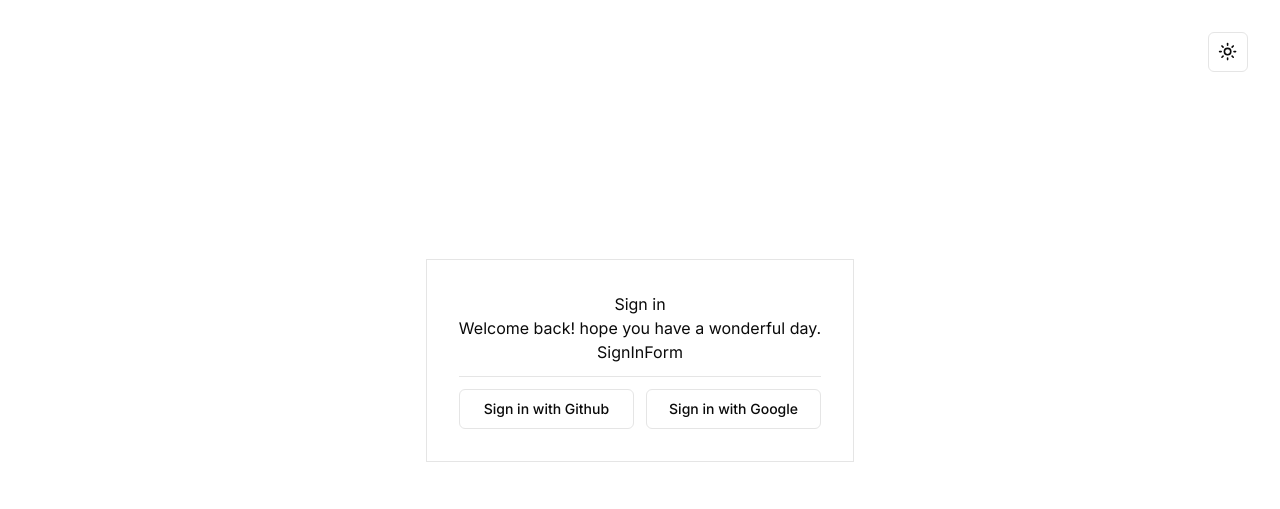
Repository: nickgoel31/authentication-toolkit
Page: /sign-in
An editor plug-in stored every save of this project. The page is shown before and after the next save, followed by the edit.
The browser window is 1280 px wide. The pictures show the whole page.
The project was rebuilt for these pictures with package versions that can differ from the ones it lists, and the page was loaded fresh each time. The framework's server and built-in components were replaced by stand-ins that run in the browser. Also part of the build but not shown: next.config.mjs.

Above is the page before, as saved 2024-02-04 13:23:40.

After the next save:
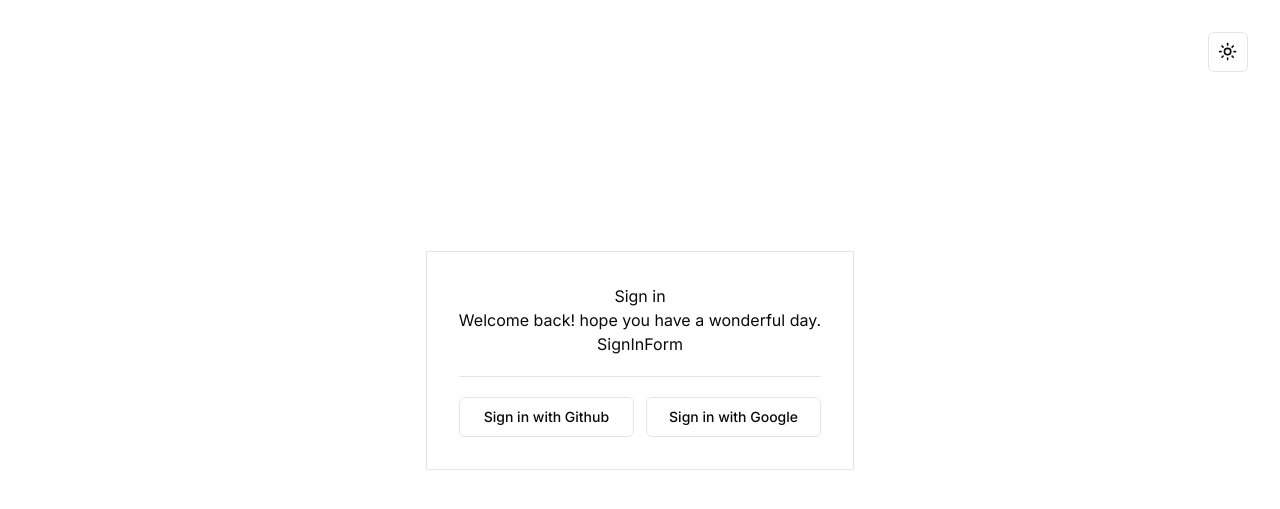
Saved 6 s later.
--- a/components/auth/form-wrapper.tsx
+++ b/components/auth/form-wrapper.tsx
@@ -20,7 +20,7 @@ const FormWrapper = ({children, title, tag, backHref, backLabel, showSocial=fals
         <div className='w-full'>
             {showSocial && (
                 <>
-                    <hr  className='mt-3 mb-3'/>
+                    <hr  className='mt-5 mb-5'/>
                     <div className='flex items-center justify-center gap-3 w-full'>
                         <Button variant={'outline'} className='w-full'>Sign in with Github</Button>
                         <Button variant={'outline'} className='w-full'>Sign in with Google</Button>
